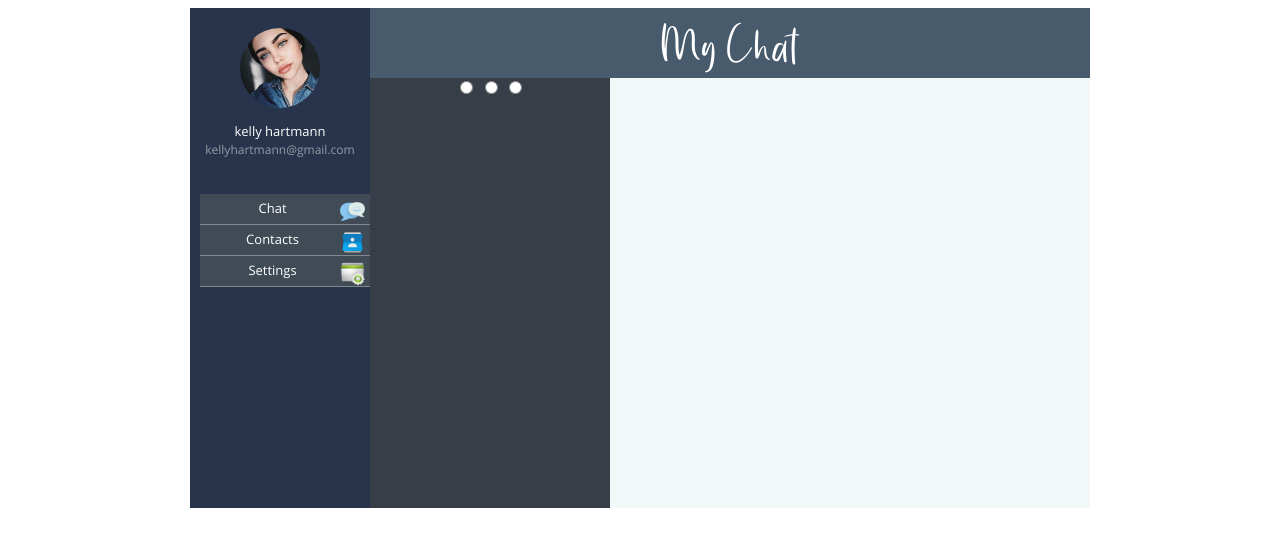
Repository: chathura226/SeekWork_Group_Project_I
Page: http://localhost/
These files come from the project's save history. The page is drawn as it stood at one moment and after the next save; the edit follows.
The browser window is 1280 px wide. The pictures show the whole page.
The page is run by PHP 8.4 with error messages shown; the project is at /var/www/html/.

Above is the page before, as saved 2023-12-03 11:50:16.

### chat/index.php
<!DOCTYPE html>
<html>
    <head>
        <title>Chat</title>

    </head>
    <style type="text/css">

        @font-face {
            font-family: headFont;
            src: url(ui/fonts/Summer-Vibes-OTF.otf);
        }

        @font-face {
            font-family: myfont;
            src: url(ui/fonts/OpenSans-Regular.ttf);
        }


        #wrapper{

            max-width: 900px;
            min-height: 500px;
            display: flex;
            margin:auto;
            color:white;
            font-family:myfont;
            font-size:13px;

        }

        #left_pannel{
            min-height: 400px;
            background-color: #27344b;
            flex:1;
            text-align:center;




        }

        #profile_image{
            width:50%;
            /*border:solid thin white;*/
            border-radius:50%;
            margin:10px;


        }


        #left_pannel label{
            width:100%;
            height: 20px;
            display:block;
            background-color:#404b56;
            border-bottom:solid thin #ffffff55;
            cursor: pointer;
            padding: 5px;
            transition: all 1s ease ;


        }


        #left_pannel label:hover{

            background-color:#778593;

        }


        #left_pannel label img{
            float:right;
            width:25px;




        }

        #right_pannel{
            min-height: 500px;
            flex:4;
            text-align: center;

        }

        #header{
            background-color: #485b6c;
            height: 70px;
            font-size:40px;
            text-align:center;
            font-family:headFont;


        }

        #inner_left_pannel{
            background-color:#383e48;
            flex:1;
            min-height:430px


        }

        #inner_right_pannel{
            background-color:#f2f7f8;
            flex:2;
            min-height:430px;


        }




    </style>
    <body>
        <div id="wrapper">

           <div id="left_pannel">
                <div style="padding: 10px;">
                    <img id="profile_image" src="ui/images/user3.jpg">
                    <br>
                    kelly hartmann
                    <br>
                    <span style="font-size:12px; opacity:0.5;">kellyhartmann@gmail.com</span>
                    <br>
                    <br>
                    <br>
                    <div>
                        <label for ="radio_chat">Chat<img src="ui/icons/chat.png"></label>
                        <label for ="radio_contacts">Contacts<img src="ui/icons/contacts.png"></label>
                        <label for ="radio_settings">Settings<img src="ui/icons/settings.png"></label>
                    </div>

                </div>
           </div>
           <div id="right_pannel">
              <div id="header" >My Chat</div>
                <div id="container"  style="display: flex">
                    <div id="inner_left_pannel">
                        <input type="radio" id="radio_chat" name="my_radio">
                        <input type="radio" id="radio_contacts" name="my_radio">
                        <input type="radio" id="radio_settings" name="my_radio">
                    </div>
                    <div id="inner_right_pannel"></div>
                </div>
           </div>



        </div>


    </body>
</html>

After the next save:
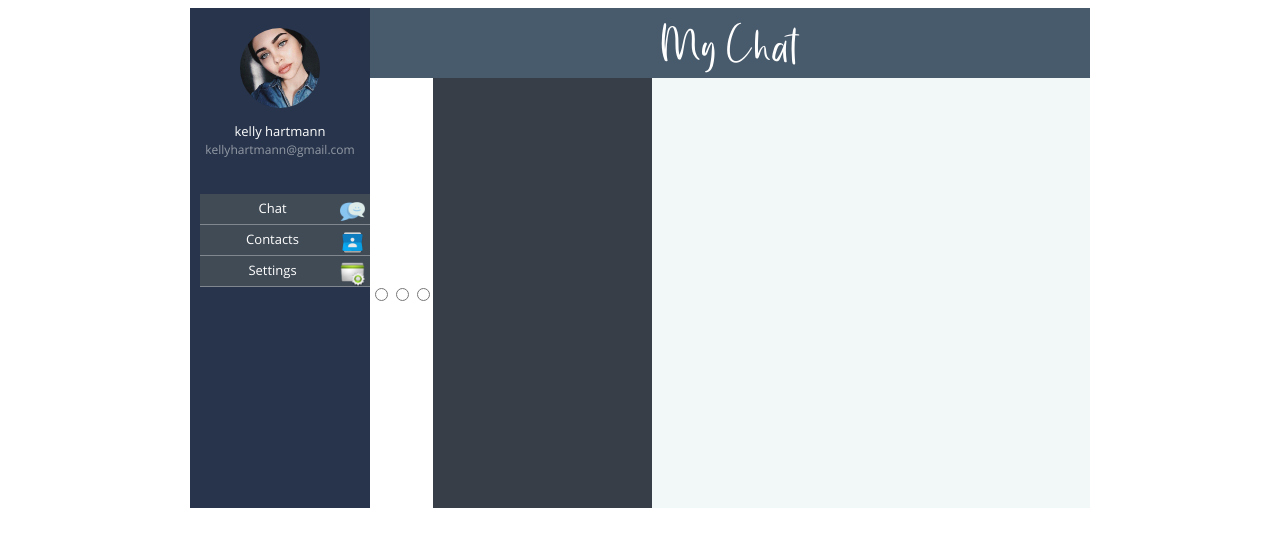
Saved 2 h 53 min later.
--- a/chat/index.php
+++ b/chat/index.php
@@ -141,12 +141,13 @@
            <div id="right_pannel">
               <div id="header" >My Chat</div>
                 <div id="container"  style="display: flex">
-                    <div id="inner_left_pannel">
-                        <input type="radio" id="radio_chat" name="my_radio">
-                        <input type="radio" id="radio_contacts" name="my_radio">
-                        <input type="radio" id="radio_settings" name="my_radio">
-                    </div>
-                    <div id="inner_right_pannel"></div>
+                <input type="radio" id="radio_chat" name="my_radio">
+                <input type="radio" id="radio_contacts" name="my_radio">
+                <input type="radio" id="radio_settings" name="my_radio">
+
+                <div id="inner_left_pannel">
+                </div>
+                <div id="inner_right_pannel"></div>
                 </div>
            </div>
 
